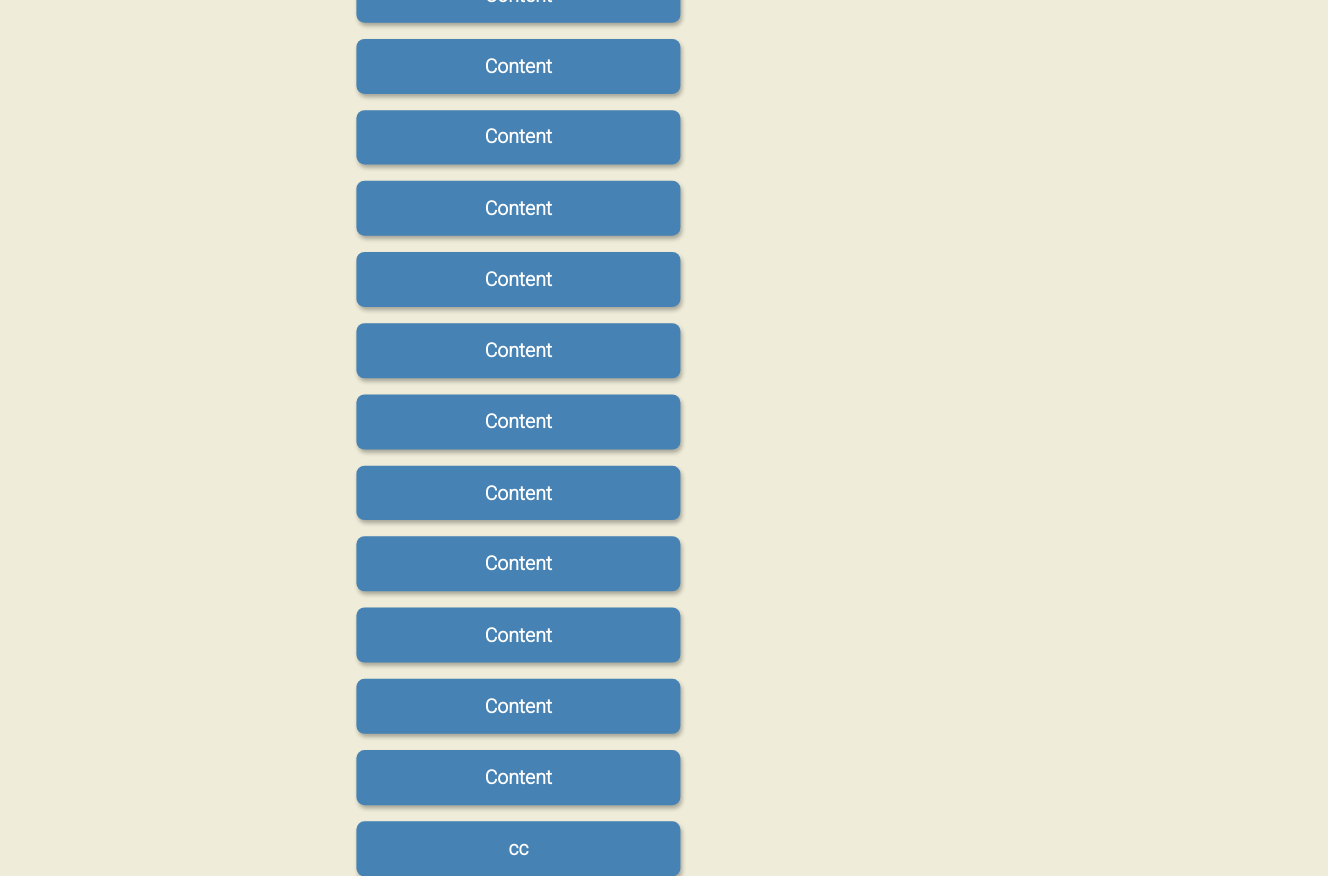
Repository: Berkan71/js-example-little-projects
Page: scrool-animation/index.html
The author's editor kept a copy of each file at every save. The page is drawn from the files as they stood at one save, then again after the next save.
The browser window is 1280 px wide. The page is 1280 px wide, then 1640 px, so the pictures cover 1640 px, including what lies to the right of the window. The pictures show the whole page, at 81% of full size.

Above is the page before, as saved 2022-07-27 19:49:16.

### scrool-animation/index.html
<!DOCTYPE html>
<html lang="en">
<head>
    <meta charset="UTF-8">
    <meta http-equiv="X-UA-Compatible" content="IE=edge">
    <meta name="viewport" content="width=device-width, initial-scale=1.0">
    <title>Scrool Animation</title>
    <link rel="stylesheet" href="style.css">

</head>
<body>
    <h1>Scrool to see the animation</h1>
    <div class="box"><h2>Content</h2></div>
    <div class="box"><h2>Content</h2></div>
    <div class="box"><h2>Content</h2></div>
    <div class="box"><h2>Content</h2></div>
    <div class="box"><h2>Content</h2></div>
    <div class="box"><h2>Content</h2></div>
    <div class="box"><h2>Content</h2></div>
    <div class="box"><h2>Content</h2></div>
    <div class="box"><h2>Content</h2></div>
    <div class="box"><h2>Content</h2></div>
    <div class="box"><h2>Content</h2></div>
    <div class="box"><h2>Content</h2></div>
    <div class="box"><h2>Content</h2></div>
    <div class="box"><h2>Content</h2></div>
    <div class="box"><h2>Content</h2></div>
    <div class="box"><h2>cc</h2></div>






    <script src="script.js"></script>
</body>
</html>

### scrool-animation/style.css
@import url('https://fonts.googleapis.com/css2?family=Roboto:wght@300&display=swap');


* {
    box-sizing: border-box;
}

body {
    background-color: #efedd9;
    font-family: 'Roboto';
    display: flex;
    flex-direction: column;
    align-items: center;
    justify-content: center;
    height: 100vh;
    margin: 0;
}

h1 {
    margin: 10px;
}

.box {
    background-color: steelblue;
    color: #fff;
    display: flex;
    align-items: center;
    justify-content: center;
    width: 400px;
    height: 200px;
    margin: 10px;
    border-radius: 10px;
    box-shadow: 2px 4px 5px rgba(0,0,0,0.3);
}

Loaded but not shown: scrool-animation/script.js (no stored copy; drawn as an empty file)

After the next save:
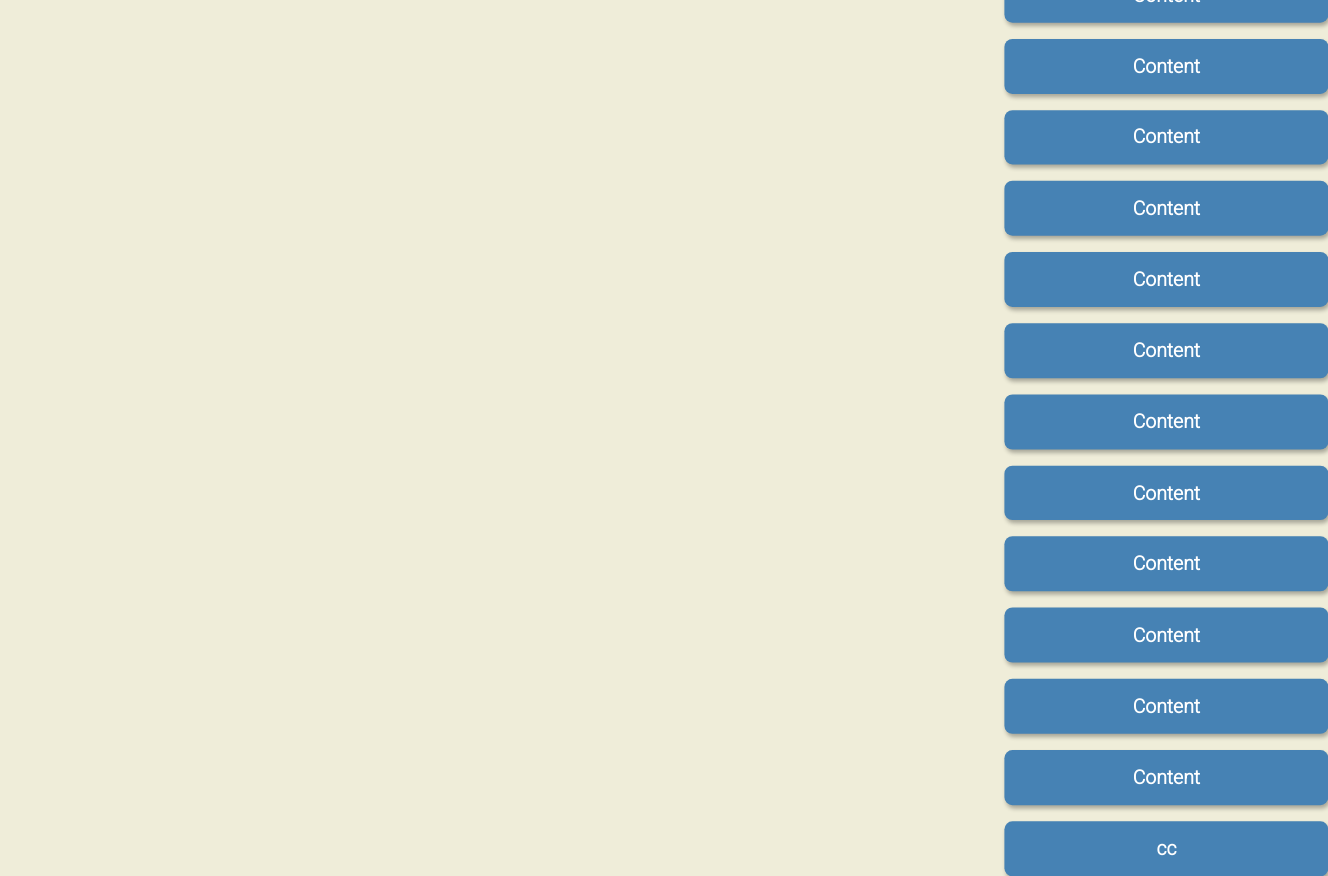
Saved 86 s later.
--- a/scrool-animation/style.css
+++ b/scrool-animation/style.css
@@ -31,4 +31,5 @@ h1 {
     margin: 10px;
     border-radius: 10px;
     box-shadow: 2px 4px 5px rgba(0,0,0,0.3);
+    transform: translateX(200%);
 }
